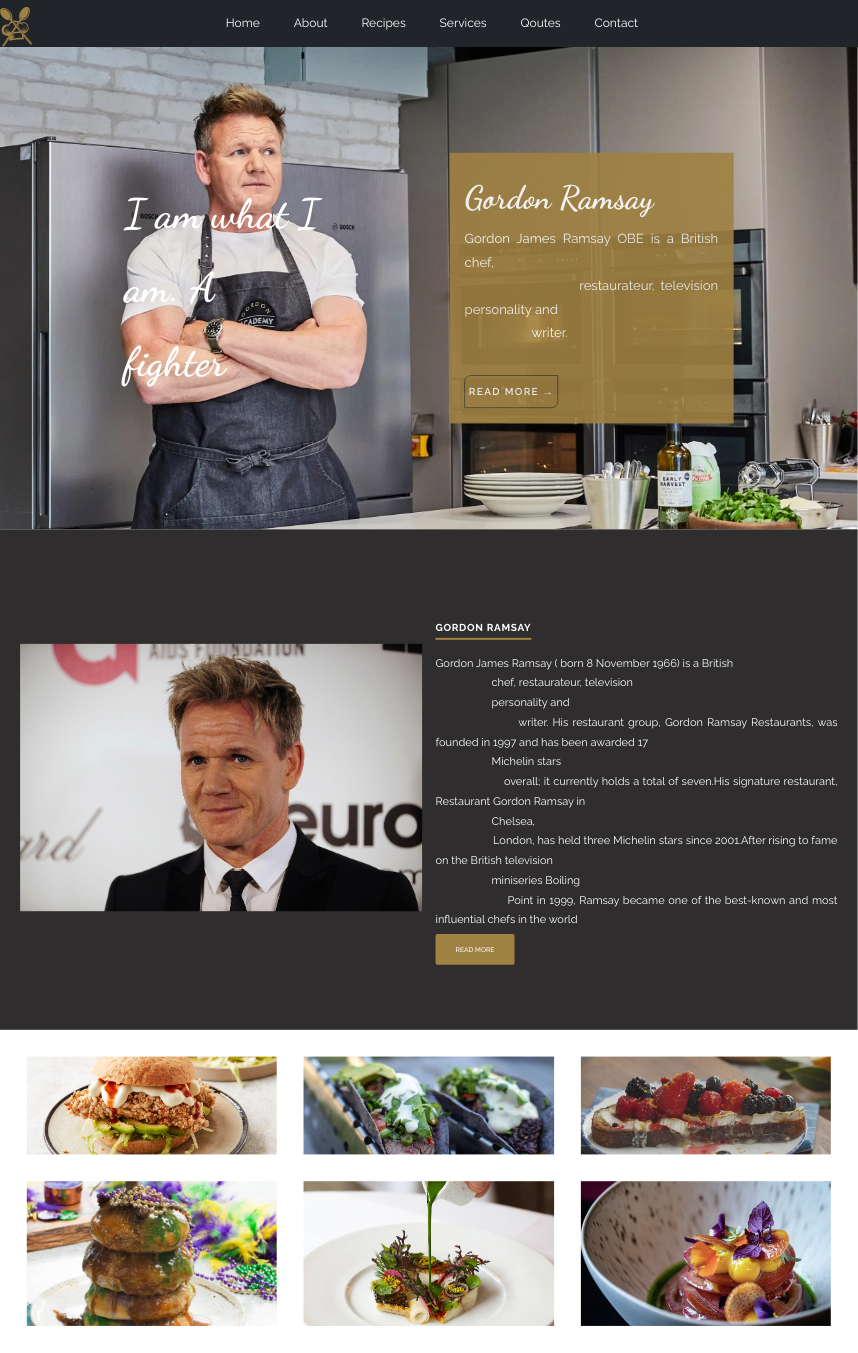
Repository: Esraa22M/Gordon-Ramsay-Biography
Page: index.html
These files come from the project's save history. The page is drawn as it stood at one moment and after the next save; the edit follows.
The browser window is 1280 px wide. The pictures show the whole page, at 67% of full size.
Backgrounds fixed to the window are drawn as part of the page. Some web libraries are served in a nearby version.

Above is the page before, as saved 2022-12-18 15:24:20.

After the next save:
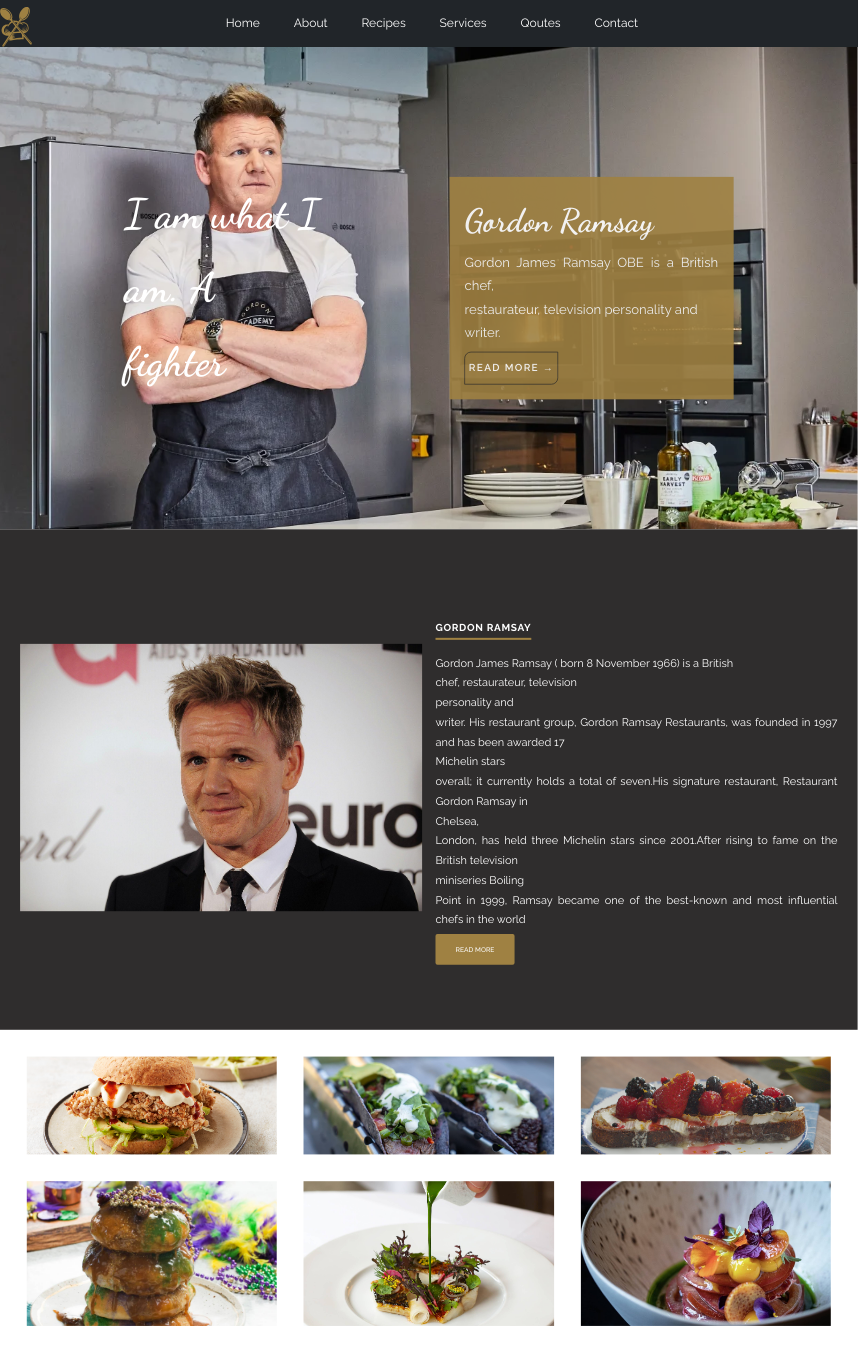
Saved 17 s later.
--- a/style.css
+++ b/style.css
@@ -27,7 +27,7 @@
   list-style: none;
 }
 p{
-  white-space:pre-wrap;
+  white-space:pre-line;
 }
 :where(a:link),
 :where(a:visited) {
